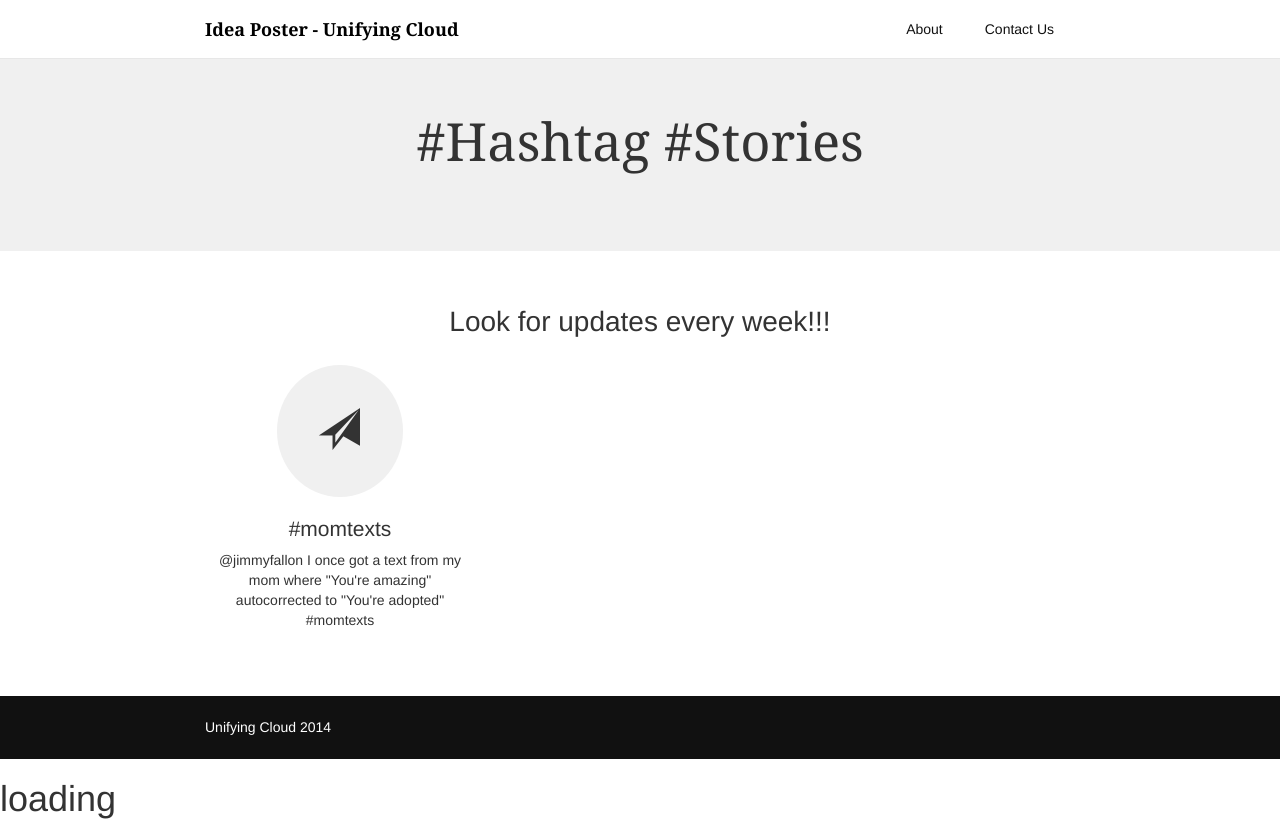
Repository: unifyingcloud/IdeaPosterHashtagStories
Page: index.html
The author's editor kept a record of every edit. The page is drawn from the files as they stood at one moment, then again after the next edit.
The browser window is 1280 px wide. The pictures show the whole page.

Above is the page before.

After the next edit:
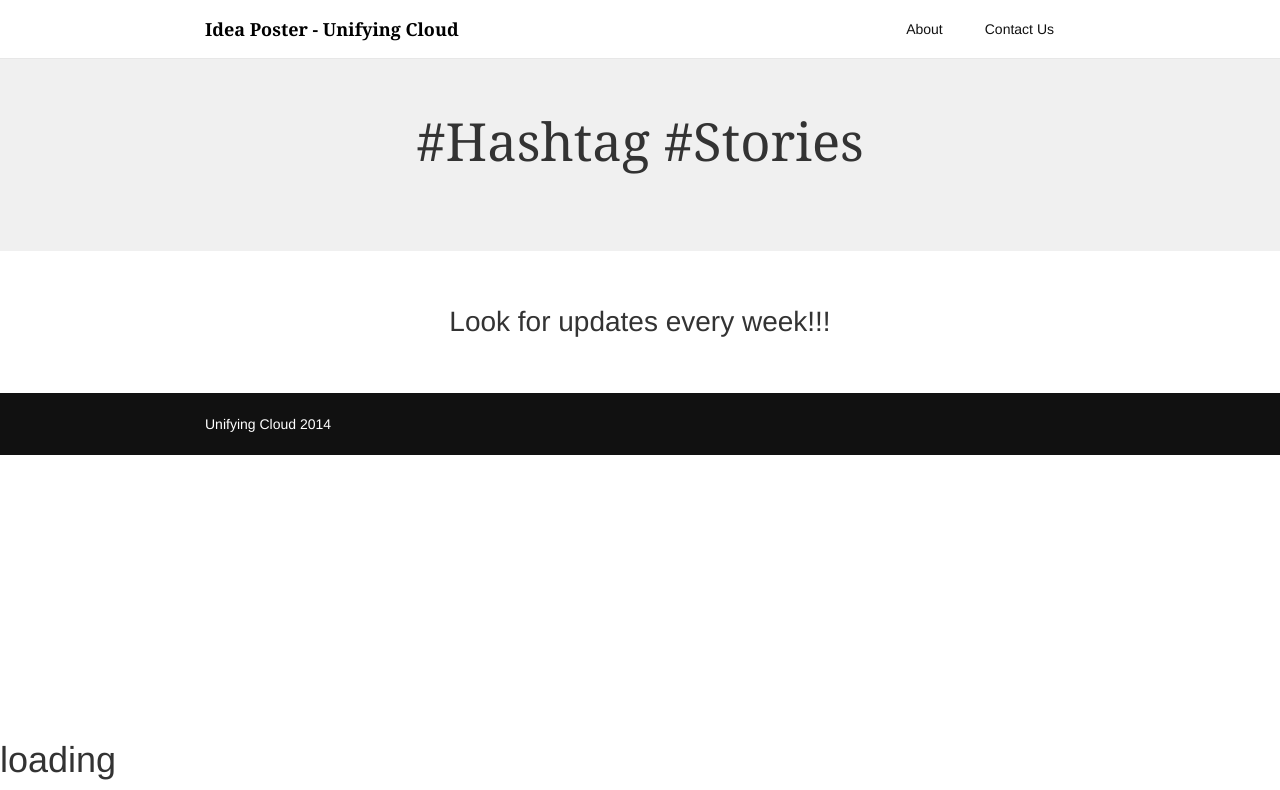
The edit:
--- a/index.html
+++ b/index.html
@@ -136,8 +136,7 @@
     <div class="container">
       <h3 id="features" class="subhead">Look for updates every week!!!</h3>
       <div id="viewList" class="row benefits">
-      <div class="col-md-4 col-sm-6 benefit"><div class="benefit-ball"><span class="glyphicon glyphicon-send" onClick="javascript:this.style.color=this.style.color=='blue'?'red':'blue'"></span> </div><h3>#momtexts</h3><p>@jimmyfallon I once got a text from my mom where "You're amazing" autocorrected to "You're adopted" #momtexts</p> </div> <!-- /.benefit -->
-       </div> <!-- /.row -->
+        </div> <!-- /.row -->
     </div> <!-- /.container -->
 
     <footer>
